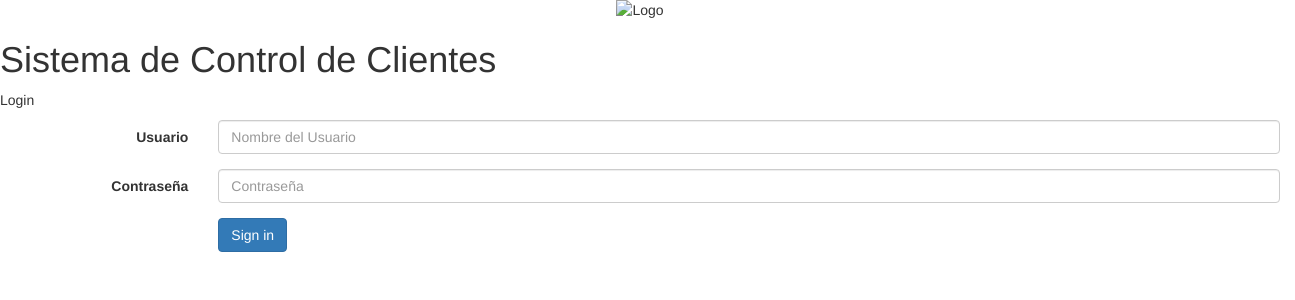
Repository: FavreEstrada/SCC
Page: index.html
The author's editor kept a record of every edit. The page is drawn from the files as they stood at one moment, then again after the next edit.
The browser window is 1280 px wide. The page is 1295 px wide, so the pictures cover 1295 px, including what lies to the right of the window. The pictures show the whole page.

Above is the page before.

### index.html
<html>

<head>
    <meta http-equiv="Content-Type" content="text/html; charset=UTF-8">
    <meta name="viewport" content="width=device-width, initial-scale=1.0">
    <title>Sistema de Control de Clientes</title>
    <script type="text/javascript" src="libs/jquery.js" charset="utf-8"></script>
    <script type="text/javascript" src="libs/canJs.js" charset="utf-8"></script>
    <script type="text/javascript" src="libs/bootstrap.js" charset="utf-8"></script>
    <link rel="stylesheet" type="text/css" href="libs/bootstrap.css">
    <!--<link rel="stylesheet" type="text/css" href="views/css/scc.css">-->
</head>

<body>
    <div class="main-content">
        <div align="center">
            <img class="company-logo" src="Logo.jsp" alt="Logo" />
            <p id="Eslogan"></p>
        </div>

        <h1 id="Titulo" class="title">Sistema de Control de Clientes</h1>
        <div class='row-fluid'>
            <div class="span12">
                <div id="contenedor" class="login-form-container">
                    <p id="Login">Login</p>

                    <form class="form-horizontal">
                        <div class="form-group">
                            <label for="inputEmail3" class="col-sm-2 control-label">Usuario</label>
                            <div class="col-sm-10">
                                <span class="add-on"><i class="icon-user"></i></span>
                                <input type="email" class="form-control text-input input-medium user-input" id="user_input" placeholder="Nombre del Usuario">
                            </div>
                        </div>
                        <div class="form-group">
                            <label for="Contraseñas" class="col-sm-2 control-label">Contraseña</label>
                            <div class="col-sm-10">
                                <span class="add-on"><i class="icon-lock"></i></span>
                                <input type="password" class="form-control user-password text-input input-medium" id="pass_input" placeholder="Contraseña">
                            </div>
                        </div>
                        <div class="form-group">
                            <div class="col-sm-offset-2 col-sm-10">
                                <button type="submit" class="btn btn-large btn-primary">Sign in</button>
                            </div>
                        </div>
                    </form>
                </div>
            </div>
        </div>
    </div>
</body>

</html>

Loaded but not shown: libs/jquery.js (library); libs/canJs.js (library); libs/bootstrap.js (library); libs/bootstrap.css (library)

After the next edit:
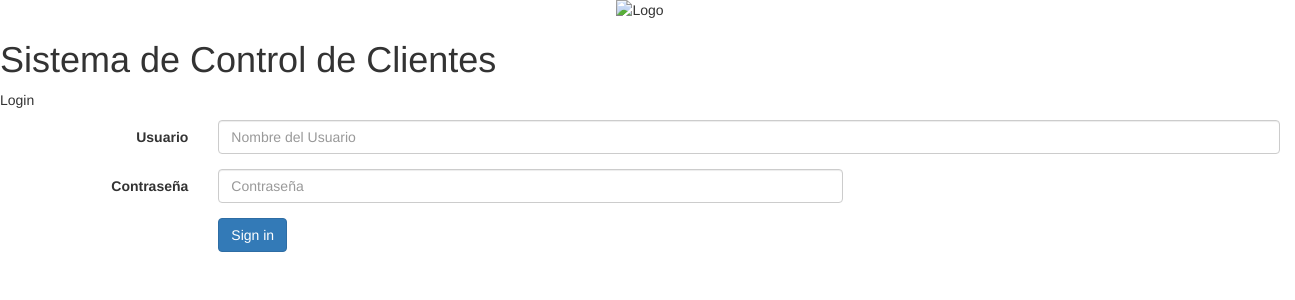
The edit:
--- a/index.html
+++ b/index.html
@@ -34,7 +34,7 @@
                         </div>
                         <div class="form-group">
                             <label for="Contraseñas" class="col-sm-2 control-label">Contraseña</label>
-                            <div class="col-sm-10">
+                            <div class="col-sm-6">
                                 <span class="add-on"><i class="icon-lock"></i></span>
                                 <input type="password" class="form-control user-password text-input input-medium" id="pass_input" placeholder="Contraseña">
                             </div>
